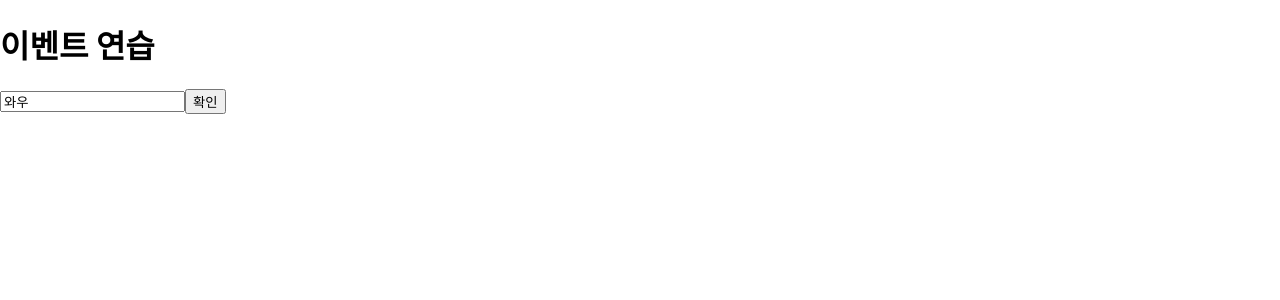
Repository: jongheonleee/hello_my_react
Page: /
An editor plug-in stored every save of this project. The page is shown before and after the next save, followed by the edit.
The browser window is 1280 px wide. The pictures show the whole page.
The project was rebuilt for these pictures with package versions that can differ from the ones it lists, and the page was loaded fresh each time. Also part of the build but not shown: src/App.css, src/MyComponent.js, src/Say.js.

Above is the page before, as saved 2024-09-03 16:41:24.

After the next save:
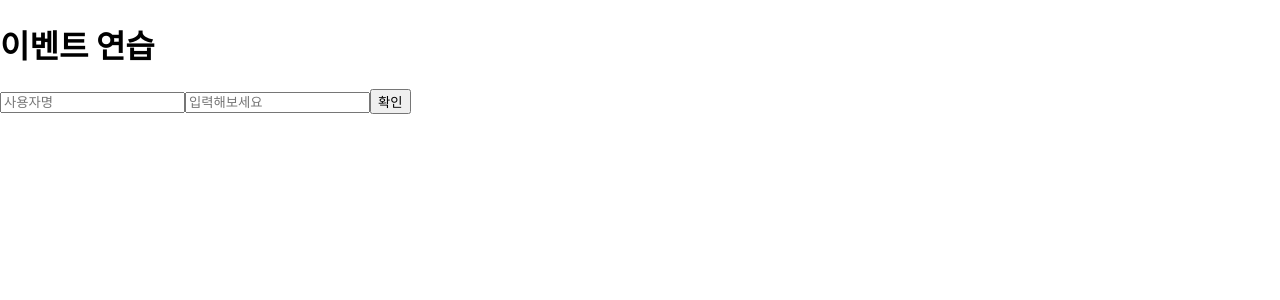
Saved 3 min 59 s later.
--- a/src/eventPractice.js
+++ b/src/eventPractice.js
@@ -4,18 +4,20 @@ import { Component } from "react";
 class EventPractice extends Component {
 
     state = {
-        message : "와우"
+        username : '',
+        message : ''
     }
 
     handleChange = (e) => {
         this.setState({
-            message : e.target.value
+            [e.target.name] : e.target.value
         });
     }
 
     handleClick = (e) => {
-        alert(this.state.message);
+        alert(this.state.username + ' : ' + this.state.message);
         this.setState({
+            username : '',
             message : ''
         });
     }
@@ -24,6 +26,13 @@ class EventPractice extends Component {
         return (
             <div>
                 <h1>이벤트 연습</h1>
+                <input
+                    type="test"
+                    name = "username"
+                    placeholder="사용자명"
+                    value={this.state.username}
+                    onChange={this.handleChange}
+                />
                 <input
                     type="test"
                     name = "message"
